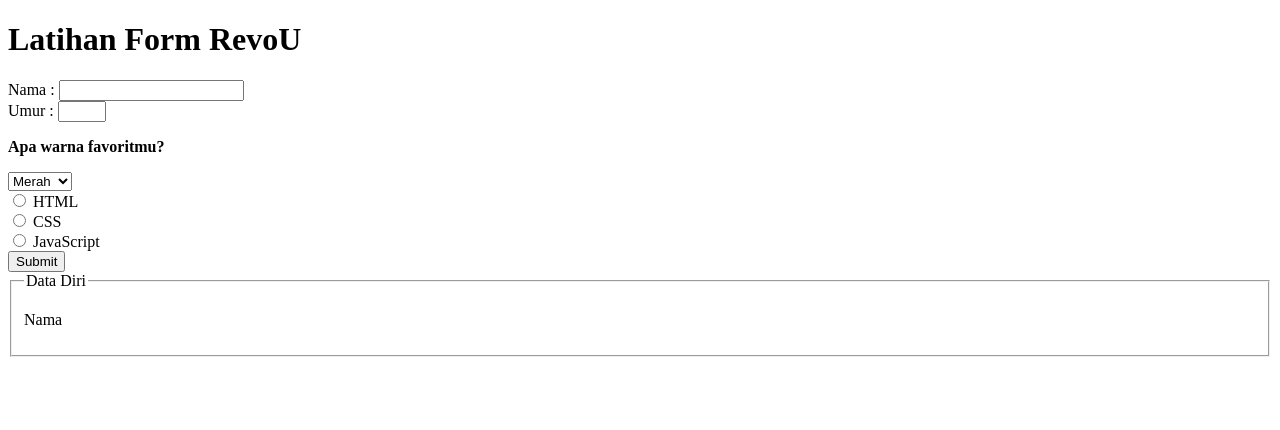
Repository: esramrsln/day2_RevoU
Page: form.html
These files come from the project's save history. The page is drawn as it stood at one moment and after a run of saves; the edit follows.
The browser window is 1280 px wide. The pictures show the whole page.

Above is the page before, as saved 2024-07-23 21:41:10.

After the next 2 saves:
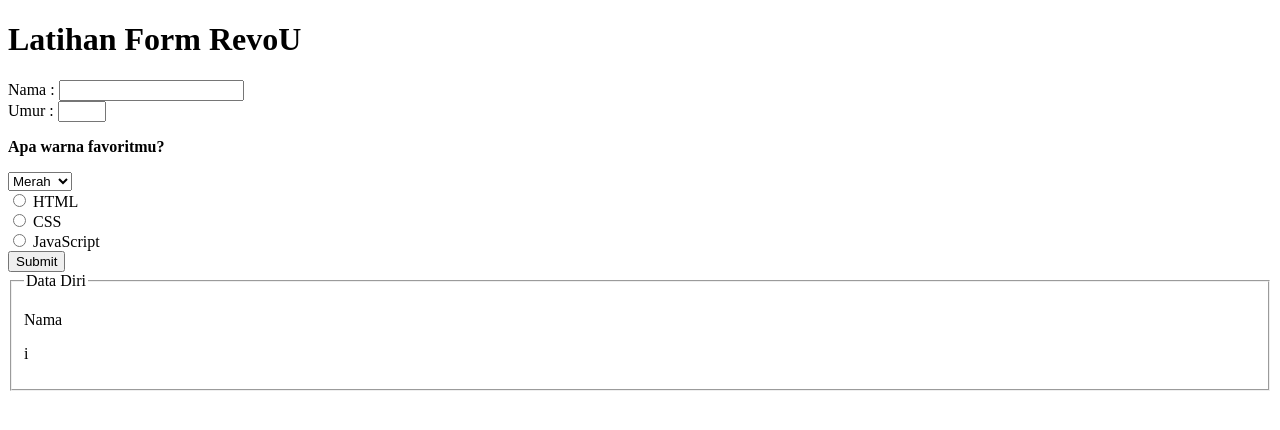
The 2 saves are shown as one change because they came seconds apart.
The last was saved 13 s later.
--- a/form.html
+++ b/form.html
@@ -37,6 +37,7 @@
     <fieldset>
         <legend>Data Diri</legend>
         <p><label for="nama">Nama</label></p>
+        <p>i</p>
     </fieldset>
 </body>
 </html>
